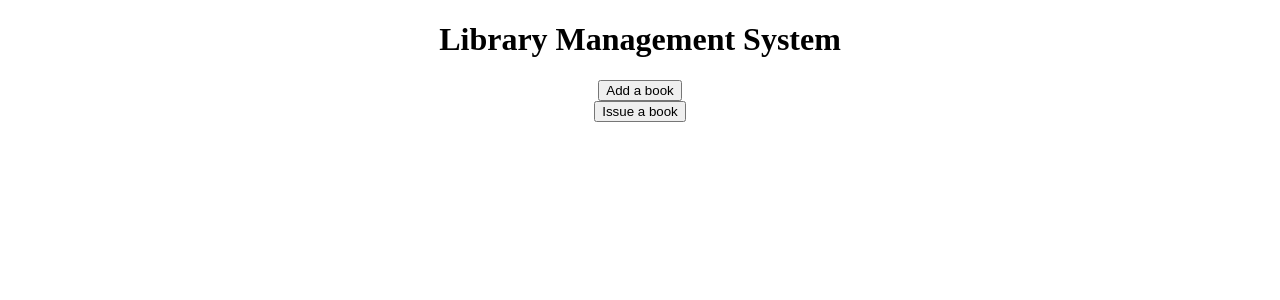
Repository: Shiru99/CS313-DBMS
Page: http://localhost/J2EEProject/
The author's editor kept a copy of each file at every save. The page is drawn from the files as they stood at one save, then again after the next save.
The browser window is 1280 px wide. The pictures show the whole page.
The page is served by Tomcat 9.

Above is the page before, as saved 2020-11-03 00:25:31.

After the next save:
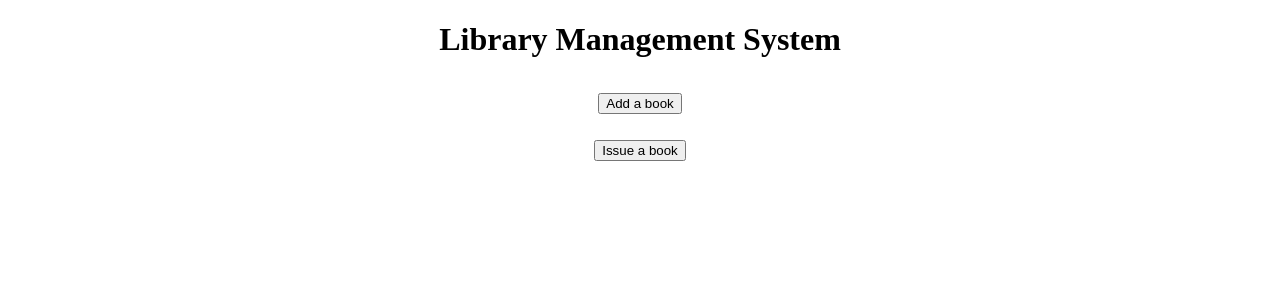
Saved 19 s later.
--- a/Home Assignment 2/J2EEProject/WebContent/Home.jsp
+++ b/Home Assignment 2/J2EEProject/WebContent/Home.jsp
@@ -6,7 +6,7 @@
 		<meta http-equiv="Content-Type" content="text/html; charset=ISO-8859-1">
 		<title>Library</title>
 		<style>
-			button{
+			input{
 			  margin: 13px;
 			}
 		</style>
